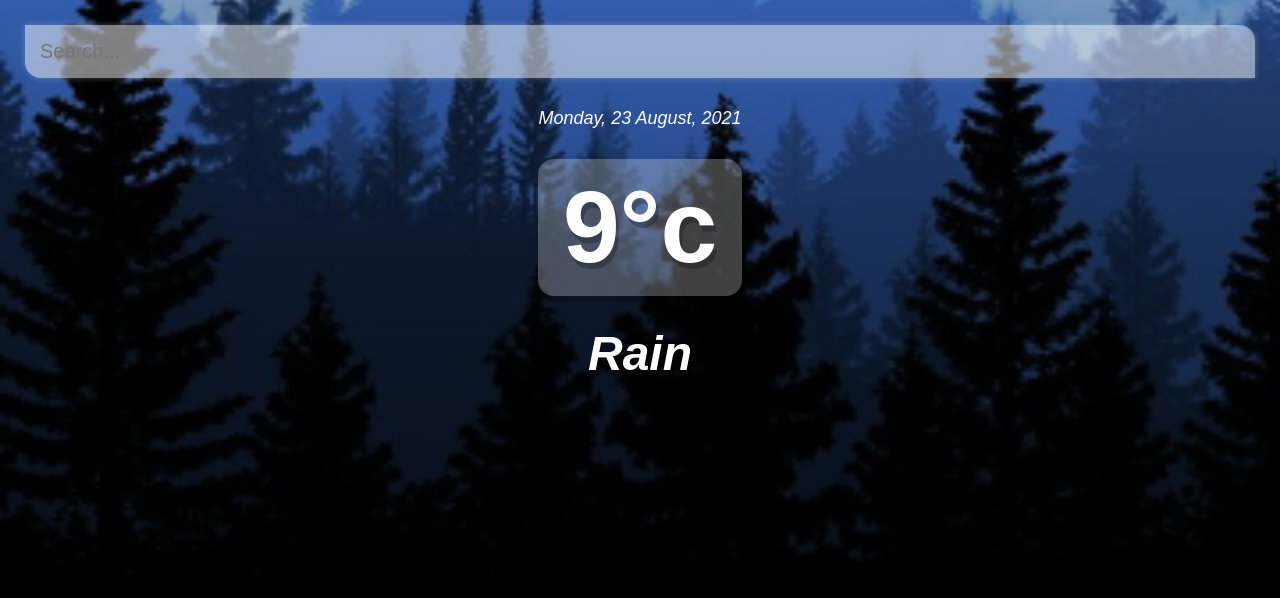
Repository: kate30980/weather-vuejs
Page: /
These files come from the project's save history. The page is drawn as it stood at one moment and after the next save; the edit follows.
The browser window is 1280 px wide. The pictures show the whole page.
The project was rebuilt for these pictures with package versions that can differ from the ones it lists, and the page was loaded fresh each time.

Above is the page before, as saved 2021-08-23 11:01:51.

After the next save:
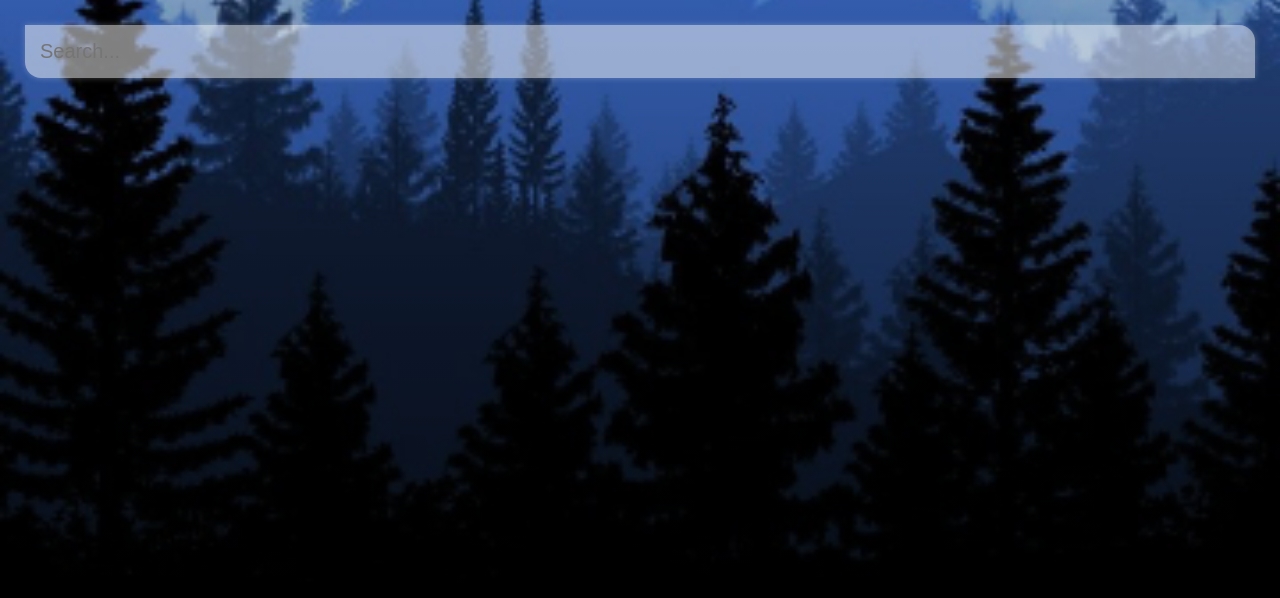
Saved 113 s later.
--- a/src/App.vue
+++ b/src/App.vue
@@ -12,10 +12,10 @@
         />
       </div>
       {{ query }}
-      <div class="weather-wrap">
+      <div class="weather-wrap" v-if="typeof weather.main != 'undefined'">
 
         <div class="location-box">
-          <div class="location">{{ weather.name }}</div>
+          <div class="location">{{ weather.name }} , {{ weather.sys.country }}</div>
           <div class="date">Monday, 23 August, 2021</div>
         </div>
 
